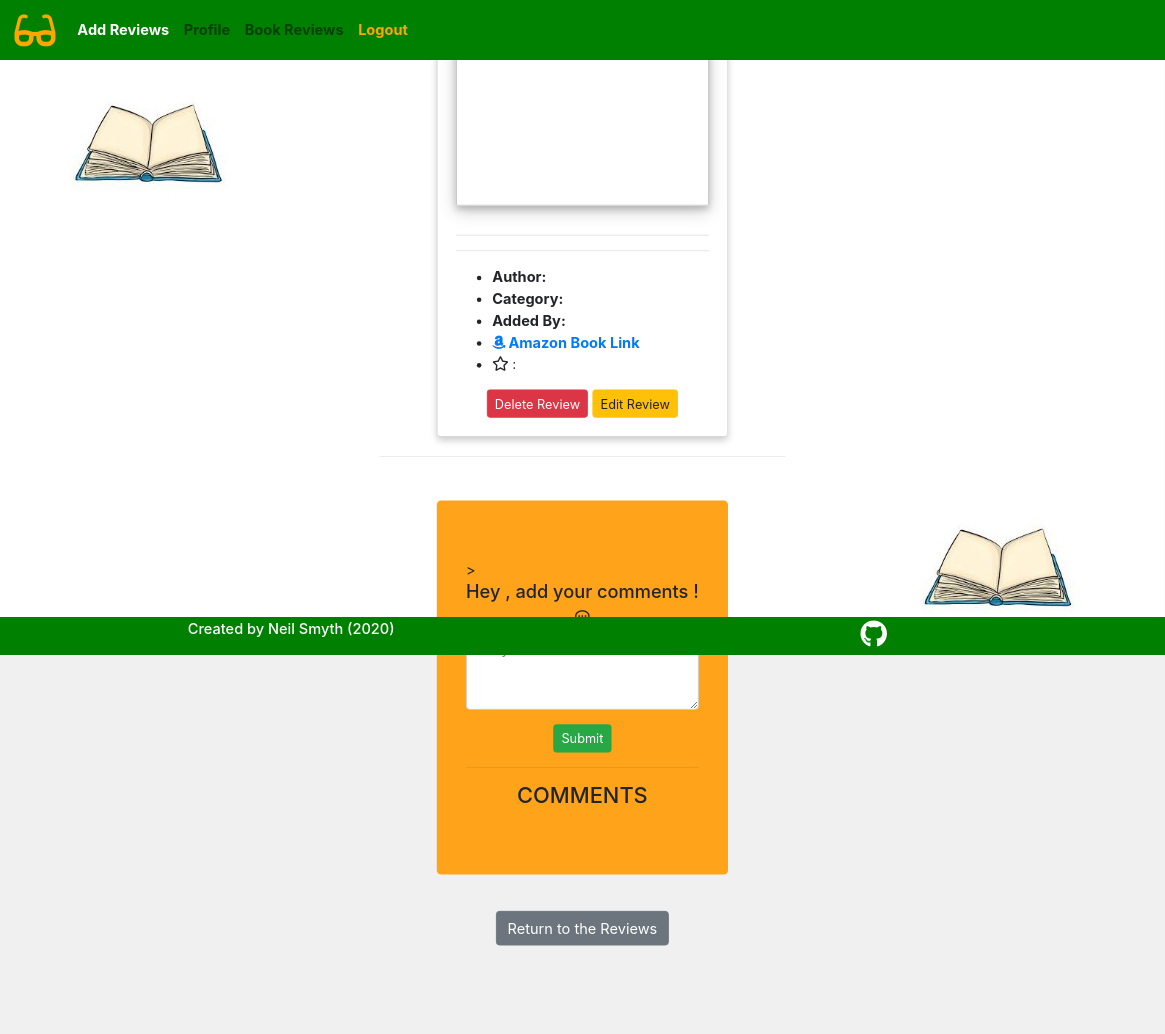
Repository: NeiloErnesto89/Data_Centric_Dev_Milestone_Project3
Page: templates/individual_book.html
The author's editor kept a record of every edit. The page is drawn from the files as they stood at one moment, then again after the next edit.
The browser window is 1280 px wide. The pictures show the whole page, at 91% of full size.
Backgrounds fixed to the window are drawn as part of the page. Some web libraries are served in a nearby version. The template is drawn by Flask 3. The application's start-up code is not run. The template is opened directly, without the code that normally fills it, so the values that code supplies are empty.

Above is the page before.

After the next edit:
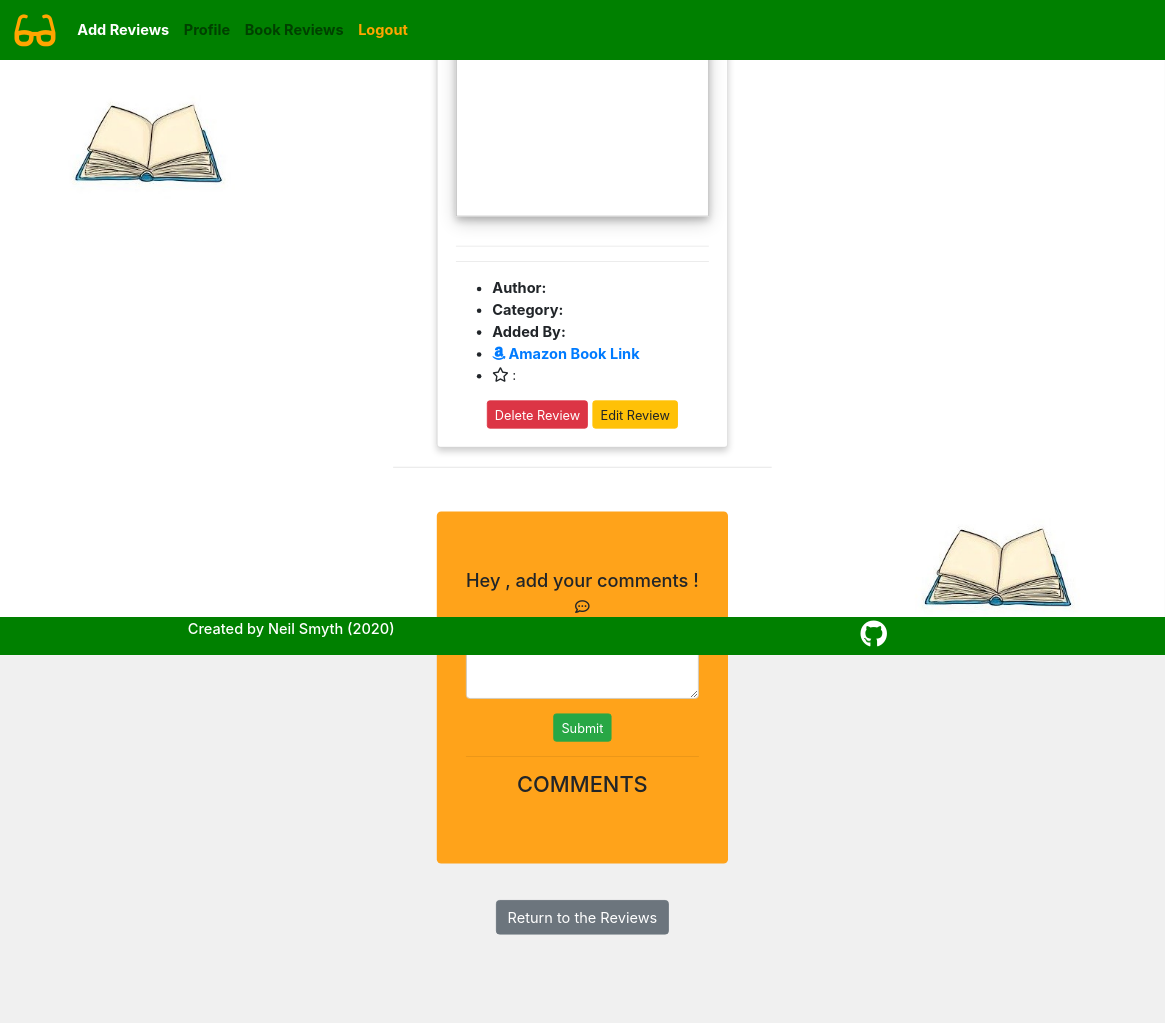
The edit:
--- a/templates/individual_book.html
+++ b/templates/individual_book.html
@@ -147,8 +147,8 @@
     <!-- </div>  container -->
     <hr>
 
-    <div class="container">
-        <div class="jumbotron jumbotron-shape justify-content-center" <!--style="width: 28rem;" -->>
+    <div class="container-fixed">
+        <div class="jumbotron jumbotron-shape justify-content-center">
 
             <div class="row">
                 <div class="col-12 text-center">
